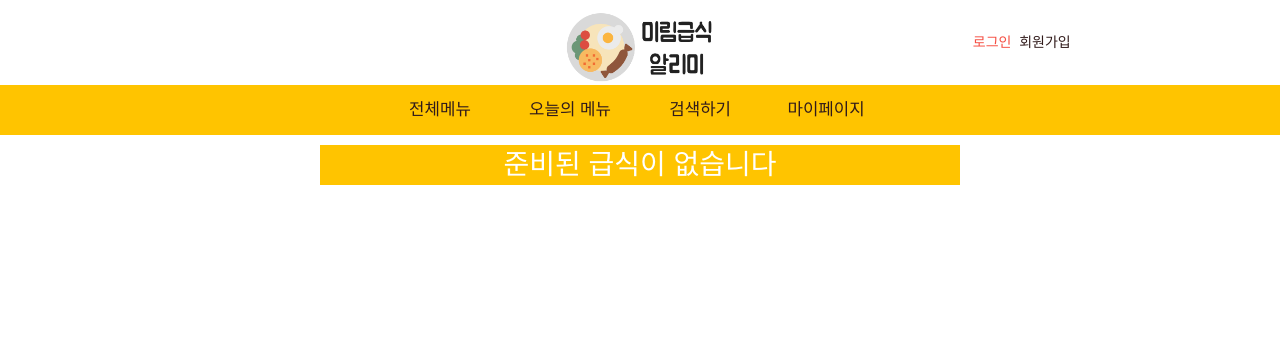
Repository: juujuu201/MirimMenuProj
Page: http://localhost/jspMenuProj/todayMenu.jsp
An editor plug-in stored every save of this project. The page is shown before and after the next save, followed by the edit.
The browser window is 1280 px wide. The pictures show the whole page.
Some web fonts or font styles are not loaded; a fallback is used. The page is served by Tomcat 9. Queries for data that is not in the repository find no rows.

Above is the page before, as saved 2019-09-21 12:47:49.

After the next save:
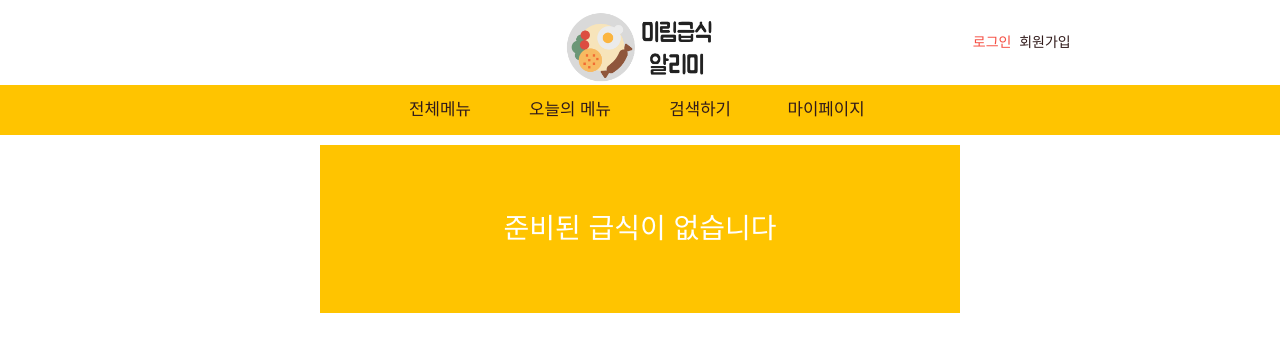
Saved 5 s later.
--- a/jspMenuProj/WebContent/todayMenu.jsp
+++ b/jspMenuProj/WebContent/todayMenu.jsp
@@ -100,7 +100,7 @@
 									count++;
 								}//while
 								if(count==1){%>
-									<div style="background-color:#ffc400;color:white;width:50%;font-size:2em;" align="center">
+									<div style="background-color:#ffc400;color:white;width:50%;font-size:2em;padding:5%;" align="center">
 										준비된 급식이 없습니다
 									</div>
 								<%}
